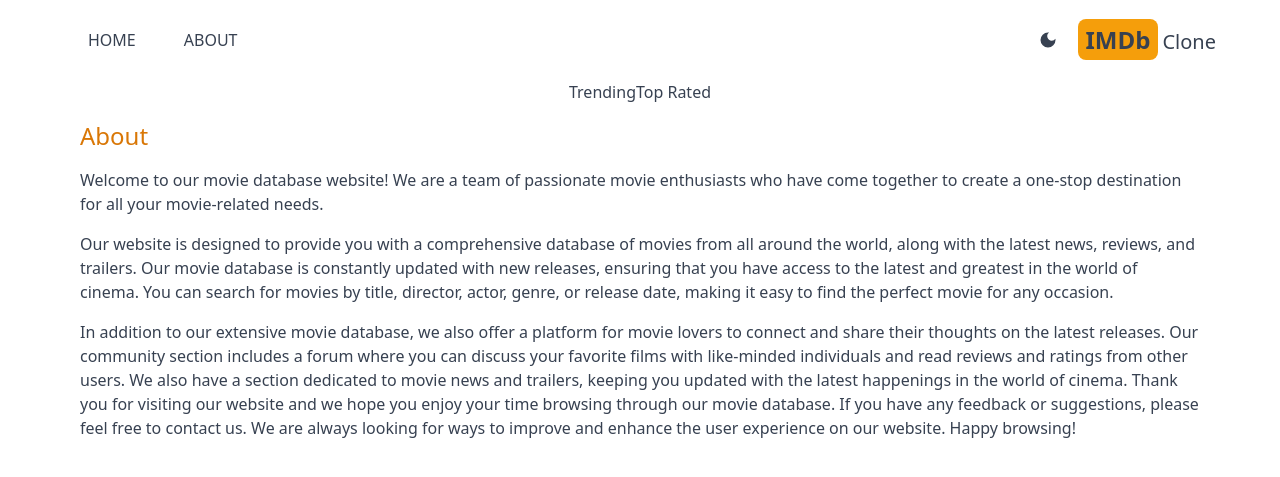
Repository: dnjfht/imdb
Page: /about
The author's editor kept a copy of each file at every save. The page is drawn from the files as they stood at one save, then again after the next save.
The browser window is 1280 px wide. The pictures show the whole page.
The project was rebuilt for these pictures with package versions that can differ from the ones it lists, and the page was loaded fresh each time. The framework's server and built-in components were replaced by stand-ins that run in the browser. Also part of the build but not shown: next.config.js.

Above is the page before, as saved 2023-10-02 13:17:22.

After the next save:
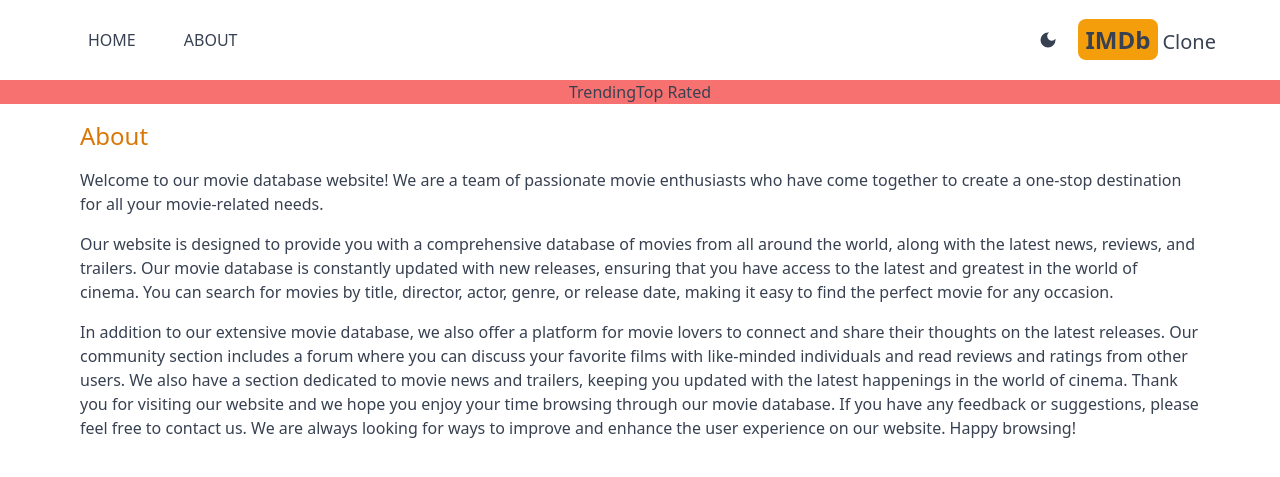
Saved 6 s later.
--- a/src/app/components/Navbar.jsx
+++ b/src/app/components/Navbar.jsx
@@ -2,7 +2,7 @@
 
 export default function Navbar() {
   return (
-    <div className="flex justify-center dark:bg-gray-600 bg-">
+    <div className="flex justify-center dark:bg-gray-600 bg-red-400">
       <NavbarItem title="Trending" param="fetchTrending" />
       <NavbarItem title="Top Rated" param="fetchTopRated" />
     </div>
